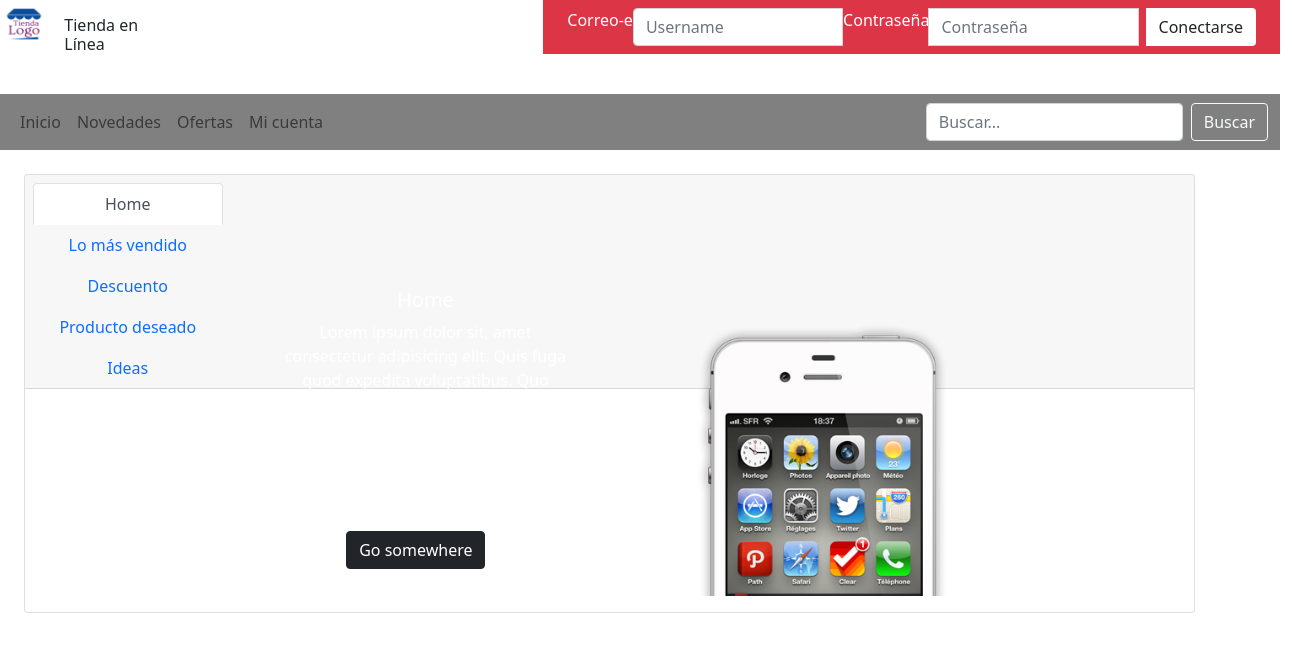
Repository: nicorp00/bootstrapSass
Page: Main/index.html
The author's editor kept a copy of each file at every save. The page is drawn from the files as they stood at one save, then again after a run of saves.
The browser window is 1280 px wide. The page is 1292 px wide, so the pictures cover 1292 px, including what lies to the right of the window. The pictures show the whole page.
The style sheet was rebuilt from its Sass, Less or Tailwind sources for each picture, by a compiler version that may differ from the author's.

Above is the page before, as saved 2022-03-25 11:54:42.

After the next 2 saves:
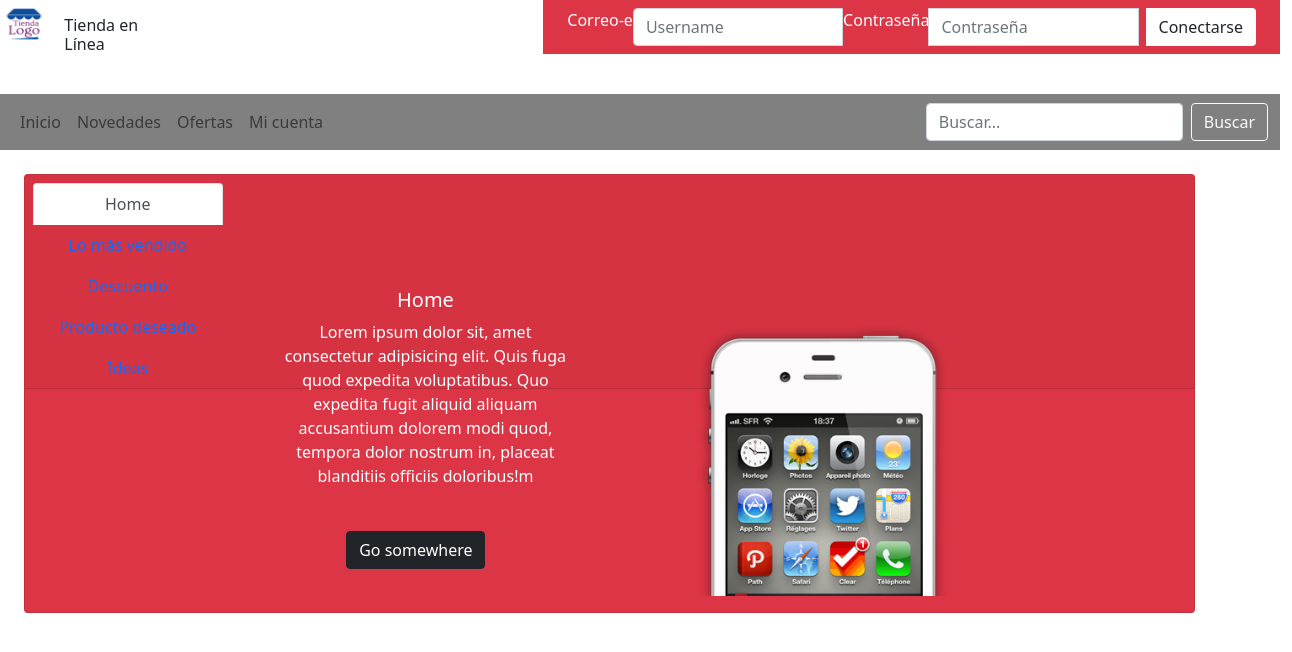
The 2 saves are shown as one change because they came seconds apart.
The last was saved 15 s later.
--- a/Main/index.html
+++ b/Main/index.html
@@ -70,11 +70,11 @@
     </section>
 
     <section class="section__1">
-        <div class="row ">
+        <div class="row">
             <div class="m-4 col-11 text-white">
-                <div class="card text-center">
+                <div class="card text-center bg-danger">
                     <div class="card-header">
-                        <ul class="nav nav-tabs card-header-tabs flex-column col-2 " id="myTab">
+                        <ul class="nav nav-tabs card-header-tabs flex-column col-2" id="myTab">
                             <li class="nav-item">
                                 <a href="#home" class="nav-link active" data-bs-toggle="tab">Home</a>
                             </li>

After the save that followed:
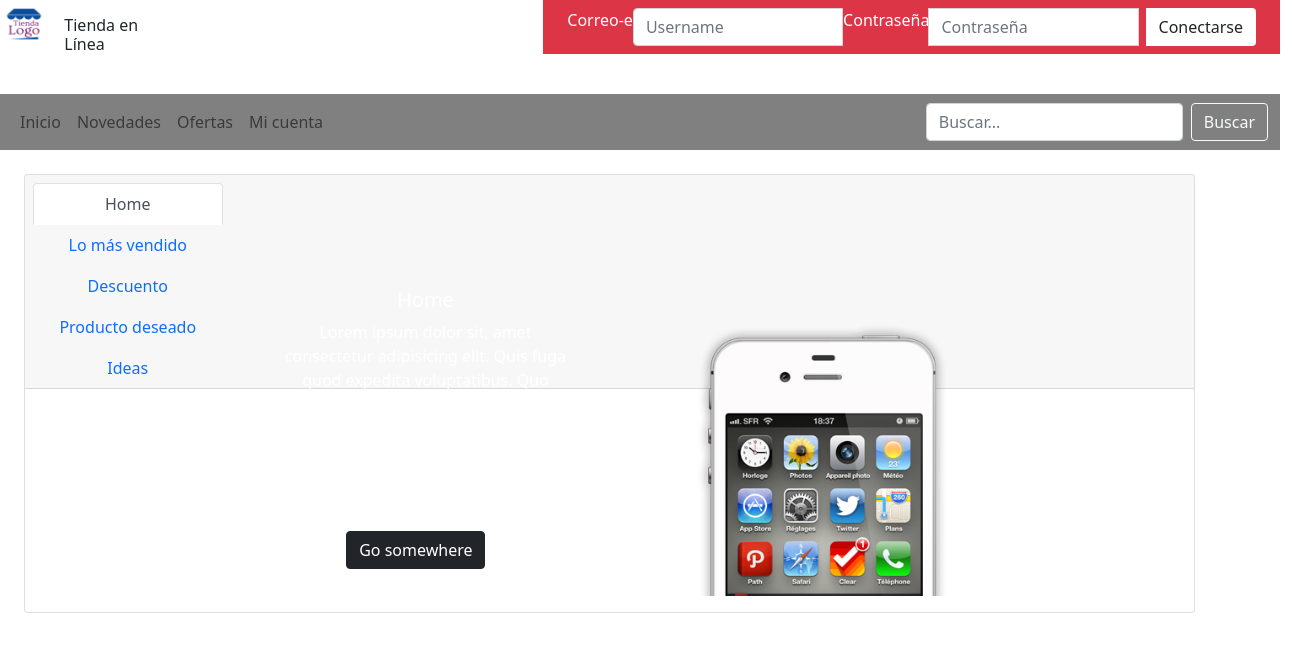
Saved 4 s later.
--- a/Main/index.html
+++ b/Main/index.html
@@ -72,7 +72,7 @@
     <section class="section__1">
         <div class="row">
             <div class="m-4 col-11 text-white">
-                <div class="card text-center bg-danger">
+                <div class="card text-center">
                     <div class="card-header">
                         <ul class="nav nav-tabs card-header-tabs flex-column col-2" id="myTab">
                             <li class="nav-item">
